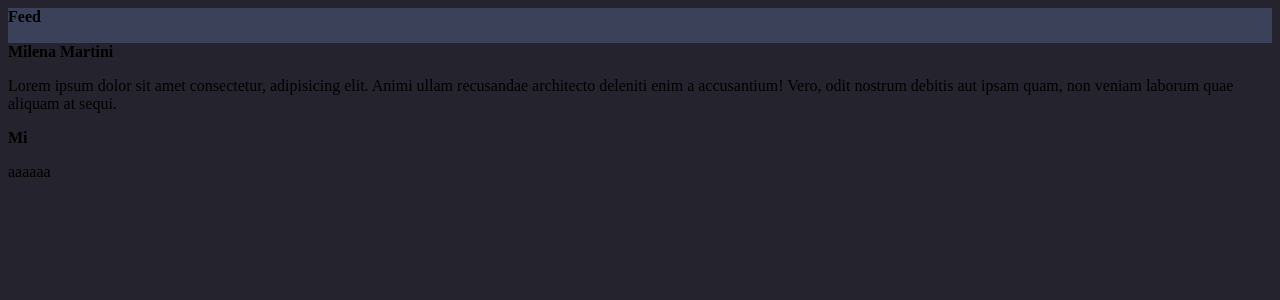
Repository: MilenaMartini/IgniteRckReactJs
Page: /
These files come from the project's save history. The page is drawn as it stood at one moment and after the next save; the edit follows.
The browser window is 1280 px wide. The pictures show the whole page.
The project was rebuilt for these pictures with package versions that can differ from the ones it lists, and the page was loaded fresh each time. Also part of the build but not shown: vite.config.js.

Above is the page before, as saved 2023-04-14 13:42:30.

### src/App.jsx
import { Post } from "./Post"
import {Header} from "./components/Header"
import "./styles.css"

function App() {

  return (
    <div>
    <Header  />

   <Post
   author="Milena Martini"
   content="Lorem ipsum dolor sit amet consectetur, adipisicing elit. Animi ullam recusandae architecto deleniti enim a accusantium! Vero, odit nostrum debitis aut ipsam quam, non veniam laborum quae aliquam at sequi."
   />

   <Post
      author="Mi"
      content="aaaaaa"
    />
   </div>
  )
}
export default App

### src/Post.jsx
export function Post(props) {
  return (
  <div>
    <strong>{props.author}</strong>
    <p>{props.content}</p>
  </div>
    )
}

### src/components/Header.jsx
import React from "react";
import Style from './Header.module.css';

export function Header() {
  return(
  <header className={Style.header}>
    <strong >Feed</strong>
  </header>

  );
}

### src/styles.css
body{
  background-color: #25242e;
}

### src/components/Header.module.css
.header{
    background-color: #3a4158;
    height: 35px;
}

Loaded but not shown: index.html (common file); src/main.jsx (common file)

After the next save:
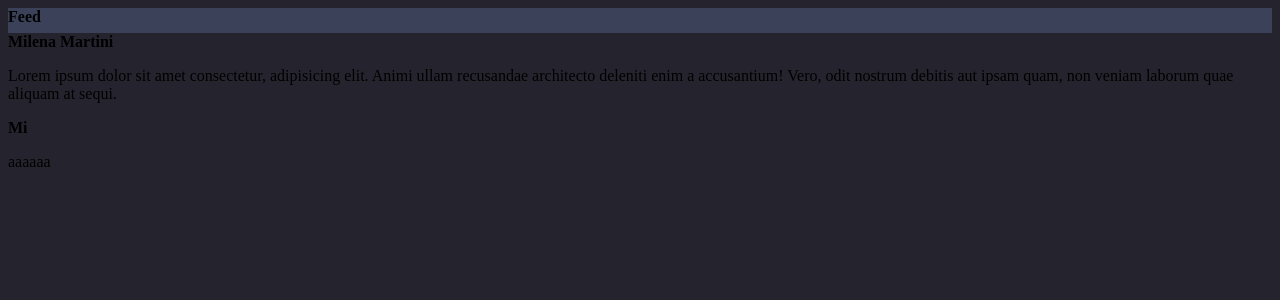
Saved 5 s later.
--- a/src/components/Header.module.css
+++ b/src/components/Header.module.css
@@ -1,4 +1,4 @@
 .header{
     background-color: #3a4158;
-    height: 35px;
+    height: 25px;
 }
